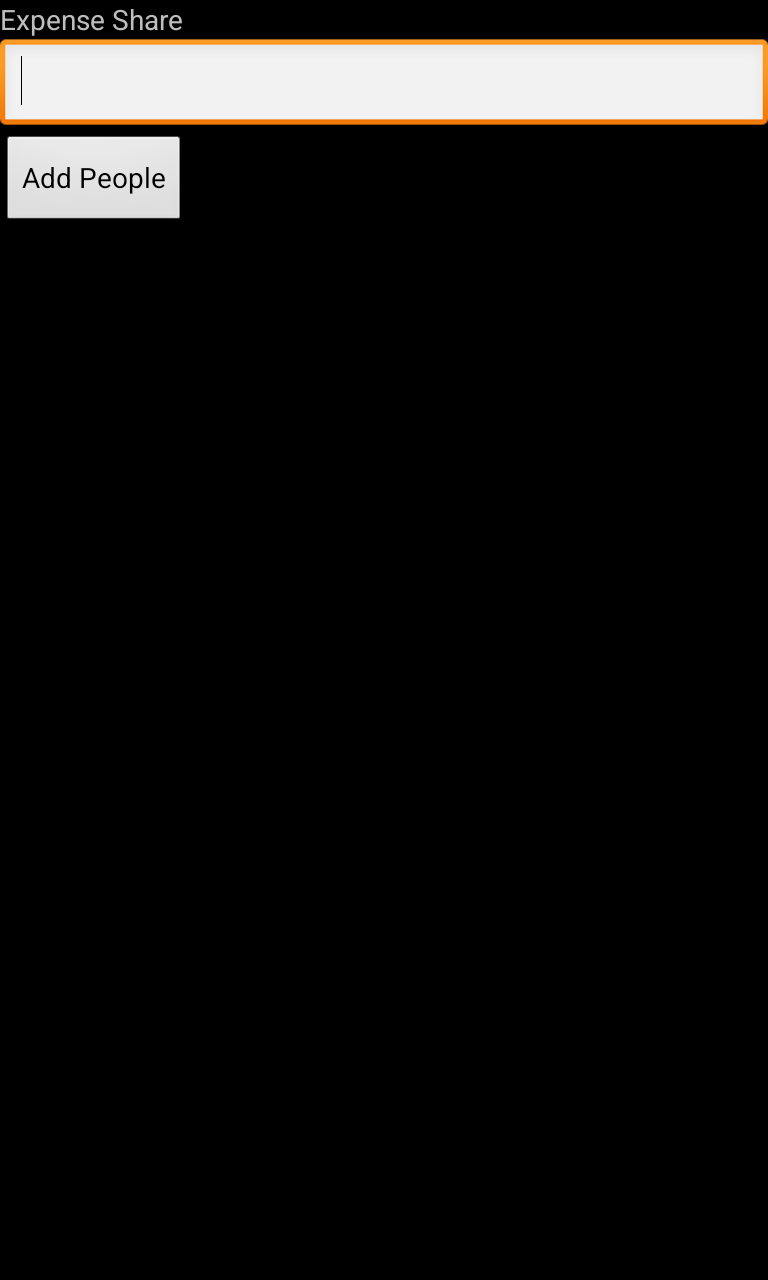
Repository: iyeranan/Expenses
Layout: Expenses/res/layout/main.xml
The author's editor kept a copy of each file at every save. The layout is drawn from the files as they stood at one save, then again after the next save.
It is drawn on a 768 x 1280 px phone screen (xhdpi) without system bars, with theme android:Theme; the app's code is not run.

Above is the layout before, as saved 2012-01-07 00:06:26.

### Expenses/res/layout/main.xml
<?xml version="1.0" encoding="utf-8"?>
<LinearLayout xmlns:android="http://schemas.android.com/apk/res/android"
    android:orientation="vertical"
    android:layout_height="fill_parent" android:layout_width="wrap_content">
<TextView
    android:layout_width="fill_parent"
    android:layout_height="wrap_content"
    android:text="@string/hello"
    />
<EditText android:layout_height="wrap_content" android:layout_width="fill_parent" android:id="@+id/textPerson">
    <requestFocus></requestFocus>
</EditText>
<Button android:layout_width="wrap_content" android:layout_height="wrap_content" android:text="Add People" android:id="@+id/btnAddPeople"></Button>
<TableLayout android:layout_width="fill_parent" android:layout_height="wrap_content" android:id="@+id/tblPersons">
    <TableRow android:id="@+id/tableRow1" android:layout_width="wrap_content" android:layout_height="wrap_content"></TableRow>
    <TableRow android:id="@+id/tableRow2" android:layout_width="wrap_content" android:layout_height="wrap_content"></TableRow>
    <TableRow android:id="@+id/tableRow3" android:layout_width="wrap_content" android:layout_height="wrap_content"></TableRow>
    <TableRow android:id="@+id/tableRow4" android:layout_width="wrap_content" android:layout_height="wrap_content"></TableRow>
</TableLayout>
</LinearLayout>

### Expenses/res/values/strings.xml
<?xml version="1.0" encoding="utf-8"?>
<resources>
    <string name="hello">Expense Share</string>
    <string name="app_name">Expenses</string>
</resources>

After the next save:
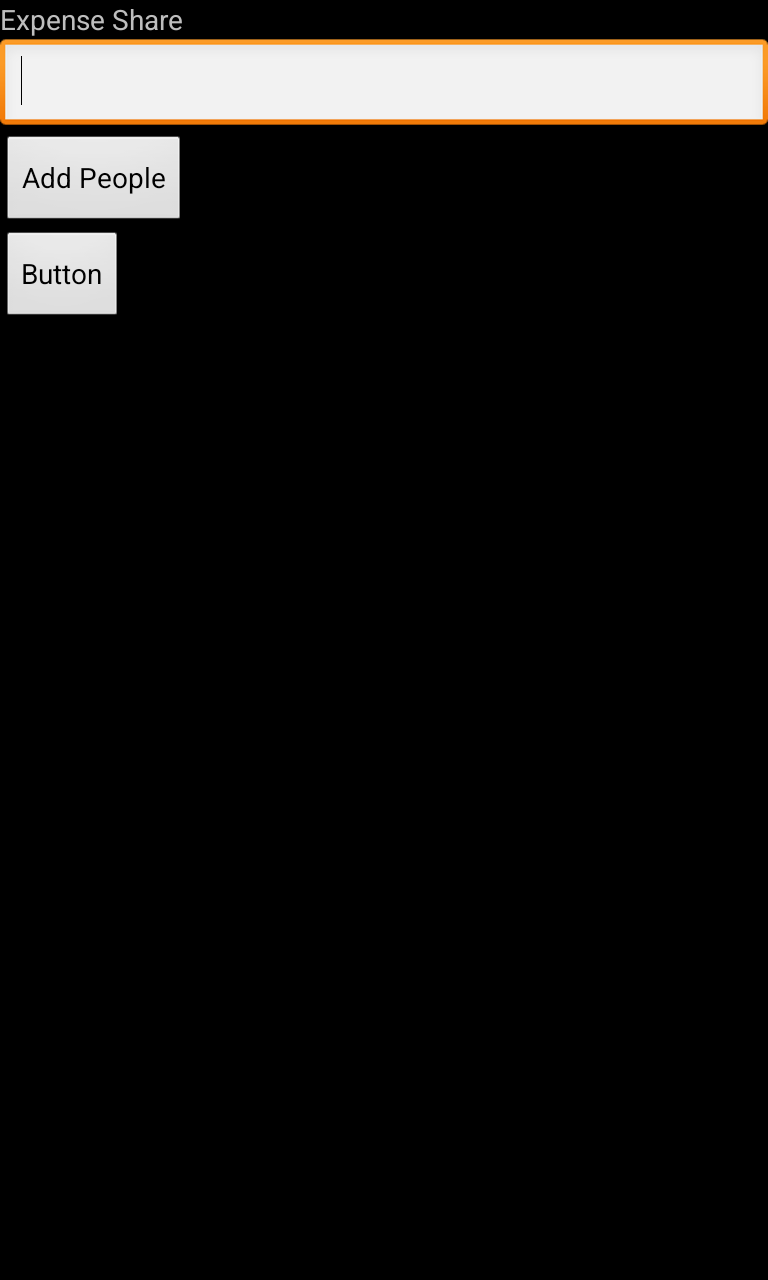
Saved 19 h 9 min later.
--- a/Expenses/res/layout/main.xml
+++ b/Expenses/res/layout/main.xml
@@ -17,4 +17,5 @@
     <TableRow android:id="@+id/tableRow3" android:layout_width="wrap_content" android:layout_height="wrap_content"></TableRow>
     <TableRow android:id="@+id/tableRow4" android:layout_width="wrap_content" android:layout_height="wrap_content"></TableRow>
 </TableLayout>
+<Button android:text="Button" android:id="@+id/button1" android:layout_width="wrap_content" android:layout_height="wrap_content"></Button>
 </LinearLayout>
